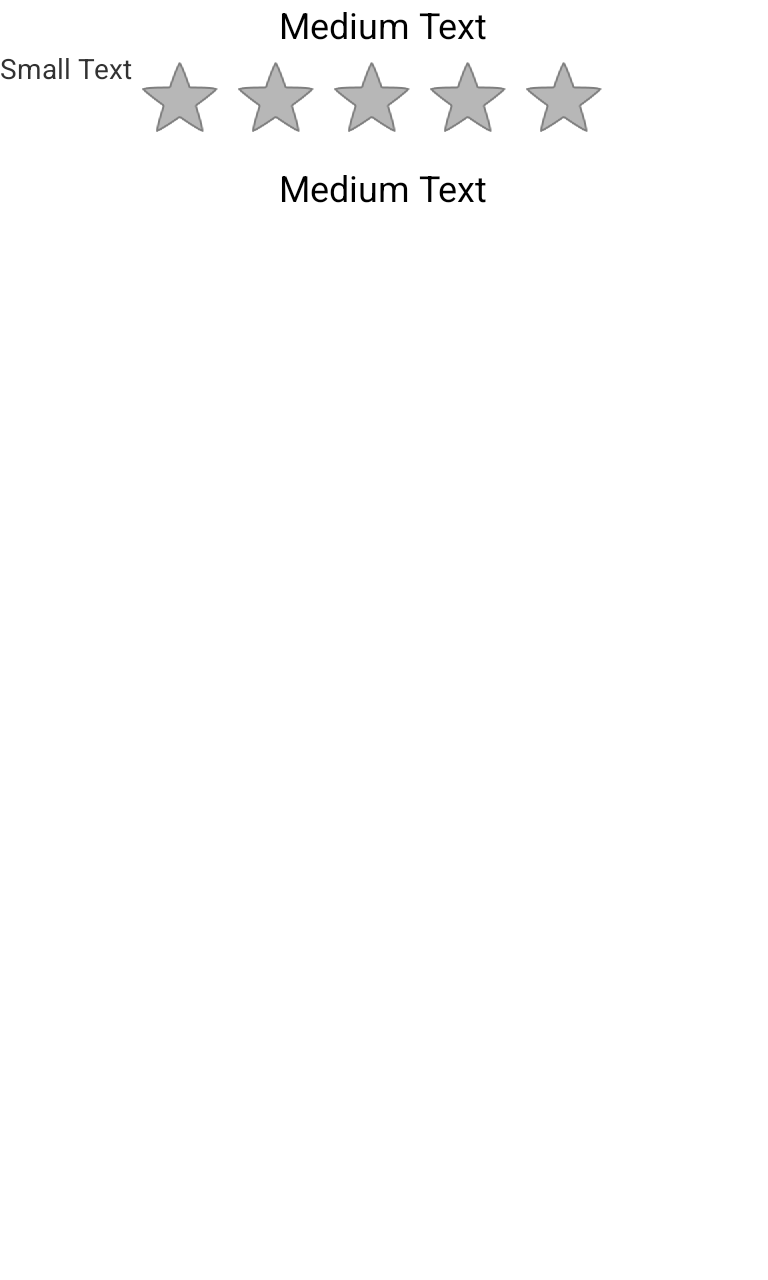
Repository: yash256/atnt
Layout: Farmdroid/res/layout/market_details.xml
The author's editor kept a copy of each file at every save. The layout is drawn from the files as they stood at one save, then again after the next save.
It is drawn on a 768 x 1280 px phone screen (xhdpi) without system bars, with theme AppTheme; the app's code is not run. Lists and similar views that code fills are empty.

Above is the layout before, as saved 2014-10-29 00:28:12.

After the next save:
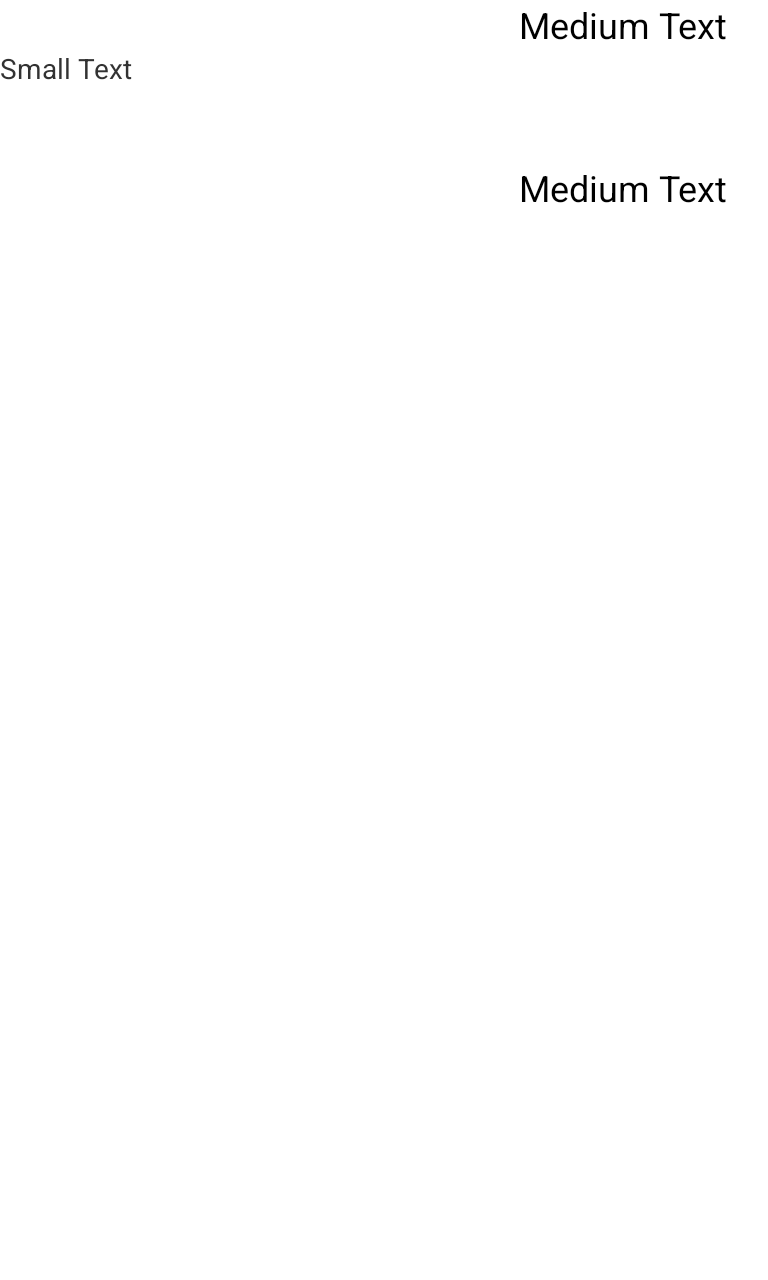
Saved 16 s later.
--- a/Farmdroid/res/layout/market_details.xml
+++ b/Farmdroid/res/layout/market_details.xml
@@ -4,7 +4,7 @@
     android:layout_height="match_parent"
     android:orientation="vertical" >
 
-    <GridLayout
+ <GridLayout
         android:id="@+id/gridLayout1"
         android:layout_width="match_parent"
         android:layout_height="wrap_content"
@@ -30,12 +30,7 @@
             android:id="@+id/ratingBar1"
             android:layout_columnSpan="4" />
 
-         <Space
-        android:layout_width="wrap_content"
-        android:layout_height="wrap_content"
-        android:layout_rowSpan="3"
-        android:layout_columnSpan="8"
-         />
+
          <TextView
             android:id="@+id/top_items"
             android:layout_columnSpan="8"
@@ -43,7 +38,12 @@
             android:text="Medium Text"
             android:textAppearance="?android:attr/textAppearanceMedium" />
 
-
+         <ListView
+        android:id="@+id/listView1"
+        android:layout_width="match_parent"
+        android:layout_height="wrap_content"
+        >
+    </ListView>
 
 
     </GridLayout>

After the save that followed:
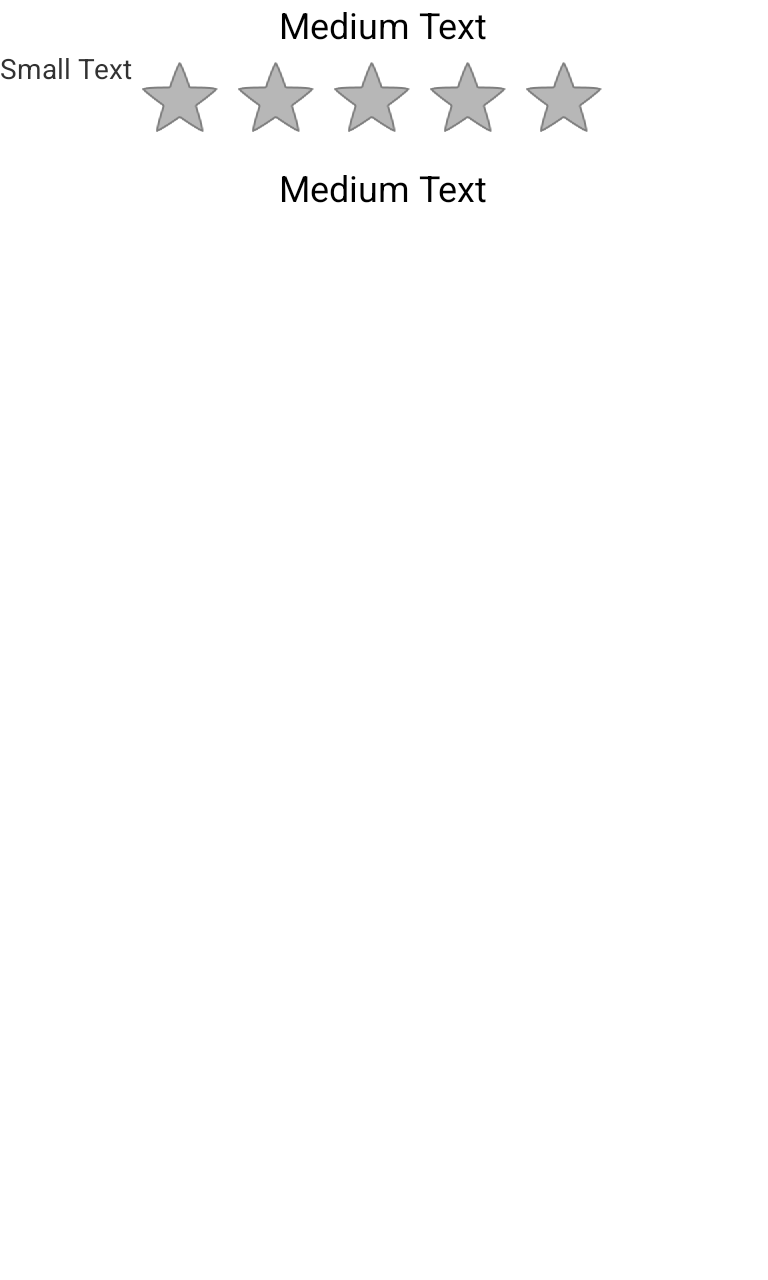
Saved 6 s later.
--- a/Farmdroid/res/layout/market_details.xml
+++ b/Farmdroid/res/layout/market_details.xml
@@ -38,12 +38,7 @@
             android:text="Medium Text"
             android:textAppearance="?android:attr/textAppearanceMedium" />
 
-         <ListView
-        android:id="@+id/listView1"
-        android:layout_width="match_parent"
-        android:layout_height="wrap_content"
-        >
-    </ListView>
+
 
 
     </GridLayout>
